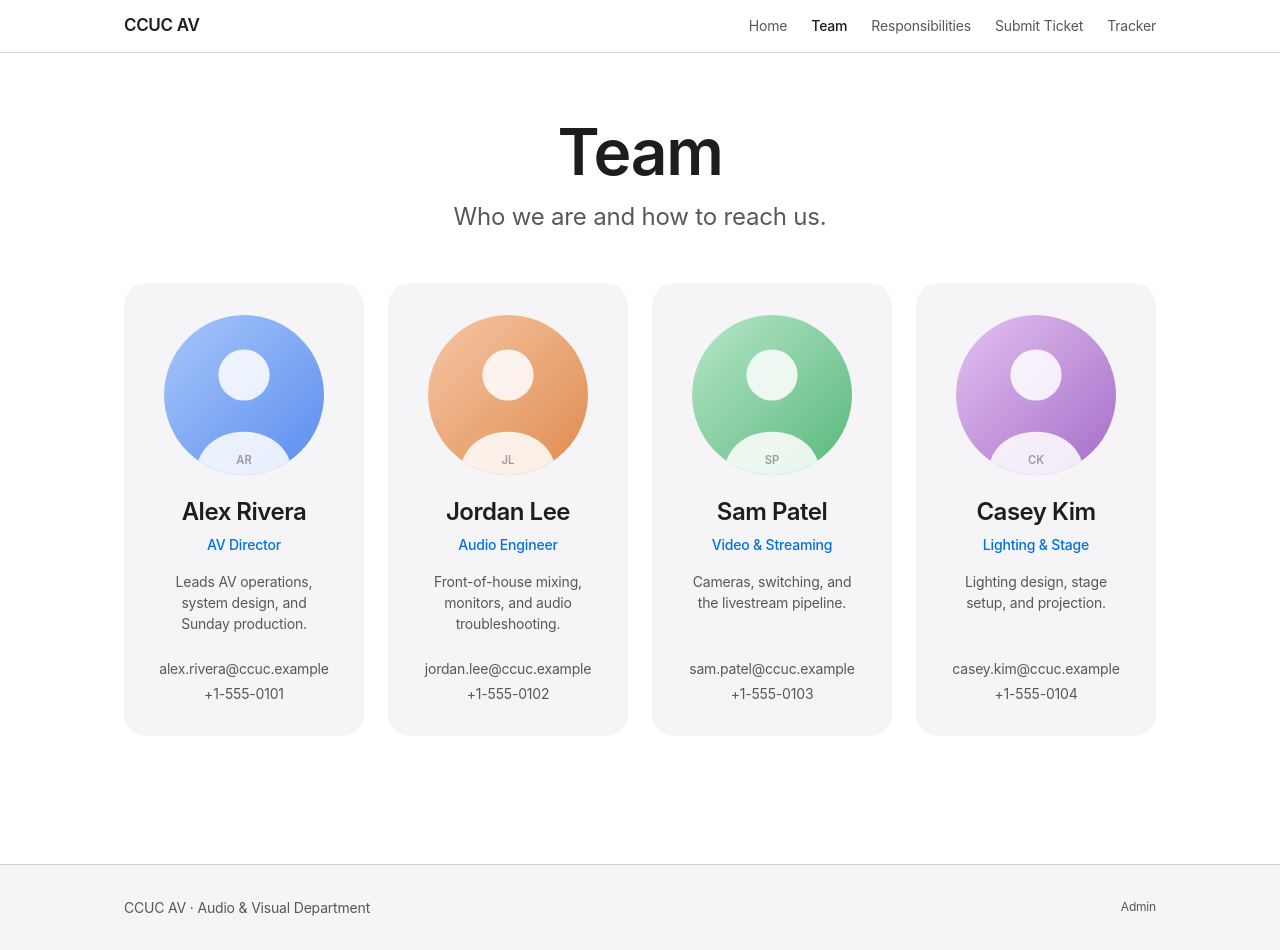
Repository: fakebrianho/ccuc_av
Page: /team
The author's editor kept a copy of each file at every save. The page is drawn from the files as they stood at one save, then again after a run of saves.
The browser window is 1280 px wide. The pictures show the whole page.
The project was rebuilt for these pictures with package versions that can differ from the ones it lists, and the page was loaded fresh each time. The framework's server and built-in components were replaced by stand-ins that run in the browser. Also part of the build but not shown: next.config.mjs.

Above is the page before, as saved 2026-10-04 09:34:42.

After the next 2 saves:
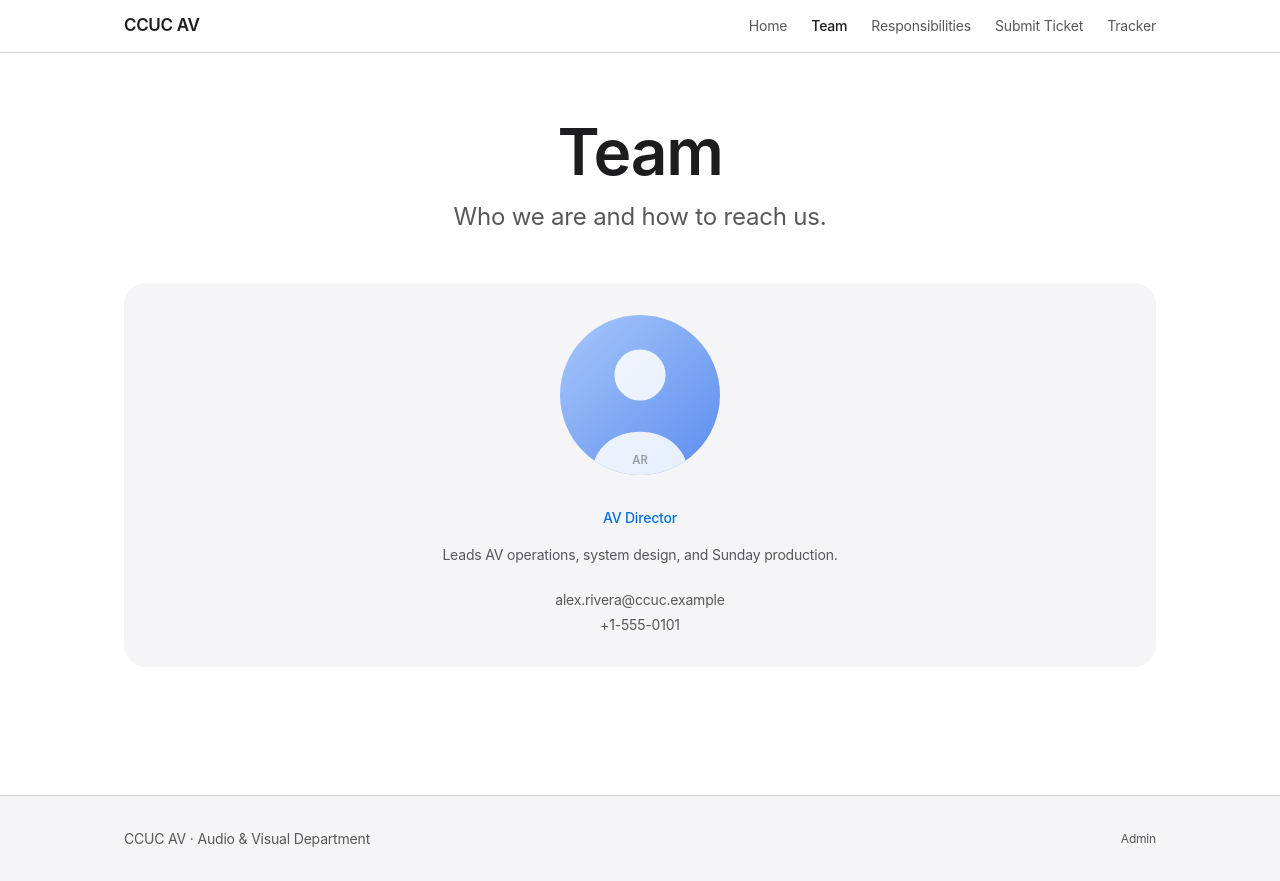
The 2 saves are shown as one change because they came seconds apart.
The last was saved 42 min 36 s later.
--- a/src/data/team.js
+++ b/src/data/team.js
@@ -2,35 +2,12 @@
 // Replace placeholder entries and drop real headshots into public/team/.
 export const team = [
   {
-    name: "Alex Rivera",
+    name: "",
     role: "AV Director",
     email: "alex.rivera@ccuc.example",
     phone: "+1-555-0101",
     photo: "/team/placeholder-1.svg",
     bio: "Leads AV operations, system design, and Sunday production.",
   },
-  {
-    name: "Jordan Lee",
-    role: "Audio Engineer",
-    email: "jordan.lee@ccuc.example",
-    phone: "+1-555-0102",
-    photo: "/team/placeholder-2.svg",
-    bio: "Front-of-house mixing, monitors, and audio troubleshooting.",
-  },
-  {
-    name: "Sam Patel",
-    role: "Video & Streaming",
-    email: "sam.patel@ccuc.example",
-    phone: "+1-555-0103",
-    photo: "/team/placeholder-3.svg",
-    bio: "Cameras, switching, and the livestream pipeline.",
-  },
-  {
-    name: "Casey Kim",
-    role: "Lighting & Stage",
-    email: "casey.kim@ccuc.example",
-    phone: "+1-555-0104",
-    photo: "/team/placeholder-4.svg",
-    bio: "Lighting design, stage setup, and projection.",
-  },
+
 ];
